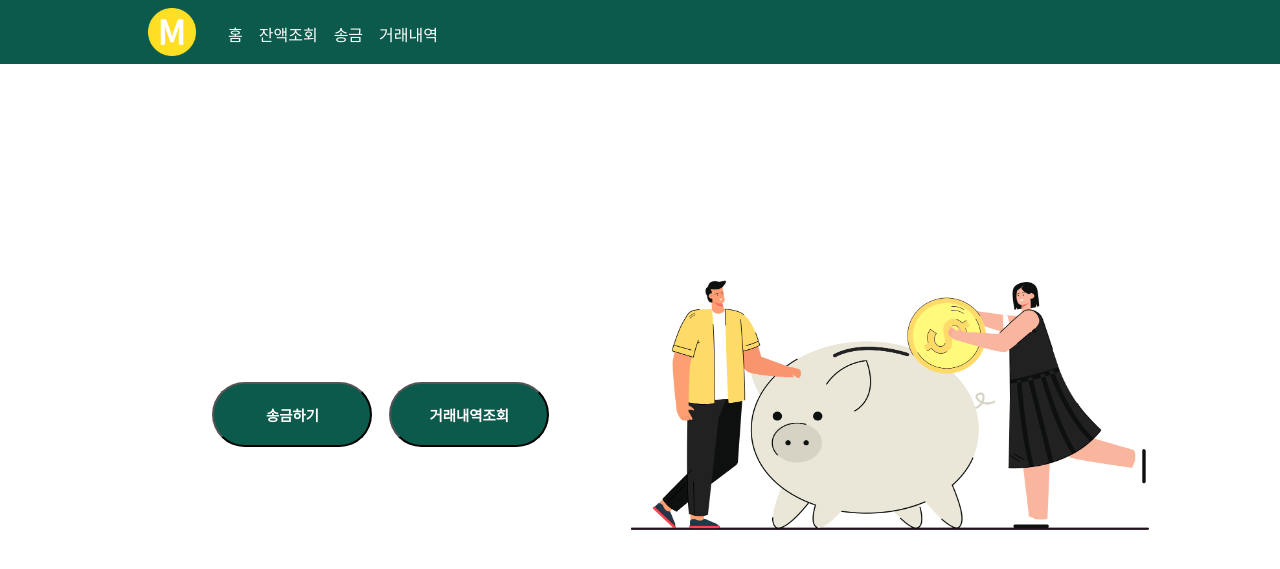
Repository: JiNookk/makaobank
Page: week06/makaoBank/index.html
These files come from the project's save history. The page is drawn as it stood at one moment and after the next save; the edit follows.
The browser window is 1280 px wide. The pictures show the whole page.

Above is the page before, as saved 2022-09-13 19:27:12.

### week06/makaoBank/index.html
<!DOCTYPE html>
<html lang="ko">
    <head>
        <meta charset="UTF-8">
        <title>마카오 뱅크</title>
        <!-- <link rel="favicon for makaoBank" href="./resources/logo.png"> favicon나중에 넣어보기-->
        <link rel="stylesheet" href="./css/reset.css">
        <link rel="stylesheet" href="./css/layout.css">
        <link rel="stylesheet" href="./css/elements.css">
    </head>
    <body id="home-contents-container">
        <header>
                <nav id="nav-item-container">
                    <a href="./index.html">
                        <img id="home-logo" alt="makaoBank home Button" src="./resources/logo.png">
                    </a>
                    <a href="./index.html">홈</a>
                    <a href="./amount.html">잔액조회</a>
                    <a href="./transfer.html">송금</a>
                    <a href="./transaction.html">거래내역</a>
                 </nav>
        </header>
        <main>
            <section id="home-items-container">
                <div id="home-description">
                    <h1>
                        마카오 뱅크에서 <br/>
                        똑똑한 금융습관을 들이세요
                    </h1>

                    <div>
                        <a href="./transfer.html">
                                <button>
                                <h2>
                                    송금하기
                                </h2>
                            </button>
                        </a>

                        <a href="./transaction.html">
                                <button>
                                <h2>
                                    거래내역조회
                                </h2>
                            </button>
                        </a>
                    </div>
                </div>

                <div>
                    <img id="saving-image"alt="" src="./resources/saving.png">
                </div>
            </section>
        </main>
    </body>
</html>

### week06/makaoBank/css/reset.css
* {
    box-sizing: border-box;
    margin: 0px;
    padding: 0px;
}

### week06/makaoBank/css/layout.css
html{
    width: 100%;
    height: 100%;
}

body{
    display: grid;
    grid: 4rem 1fr 18fr 1fr / 1fr 500px 500px 1fr;

    grid-template-areas:
    "header header header header"
    ". . . ."
    ". main main ."
    ". . . .";

    color: white;
    background: url("../resources/wave.svg") left top no-repeat;
    background-size: 100% 100%;
    width: 100%;
    height: 100%;
}

#home-contents-container{
    grid: 4rem 1fr 300px 1fr / 1fr 500px 500px 1fr;
    grid-template-areas:
    "header header header header"
    ". . . ."
    ". main main ."
    ". . . .";
}

header{
    grid-column-start: span 4;
    grid-area:header;

    display: grid;
    grid-template-columns: 1fr 500px 500px 1fr;

    height: 4rem;
    background-color: rgb(11,90,76);
}

nav{
    grid-column-start: 2;
    grid-row-start: 1;
}

nav *{
    margin-right: 1rem;
}

main{
    display: flex;
    justify-content: center;
    grid-area: main;
}

aside{
    grid-area: aside;
}

### week06/makaoBank/css/elements.css
h1{
    font-size: 2rem;
}

a{
    color: white;
    text-decoration: none;
}

p{
    font-size: 1.1rem;

    margin-bottom: .8rem;
}

#nav-item-container{
    display: flex;

    align-items: center;

    padding: .5rem;
}

#home-items-container{
    display: flex;
}

#home-logo{
    height: 3rem;
}

#home-description{
    font-size: 1.8rem;

    display: flex;
    flex-direction: column;
    align-items: center;

    width: 500px;
}

#home-description button{
    font-size: .6rem;

    justify-self: center;
    margin: .3rem;
    margin-top: 3rem;

    background-color: rgb(11,90,76);
    color: white;

    width: 160px;
    height: 65px;

    border-radius: 2.3rem;
}

#saving-image{
    width: 72vh;
    height: 40vh;
}

.content-container{
    padding: 4rem;

    width: 40%;
    height: 100%;

    border-radius: .5rem;

    background-color: white;
}

.content-container *{
    color: black;
}

.content-container h1{
    margin-bottom: 1.7rem;
}

form p{
    margin-bottom: 0;
}

input{
    margin-bottom: .8rem;

    width: 100%;
    height: 3rem;

    border:  2px solid rgb(238,238,238);
}
#submit-button{
    font-size: 1rem;

    margin-top: .8em;

    padding: 0.6em;

    border-radius: .3em;
    border-color: transparent;

    width: 100%;

    background-color: rgb(15,117,98);
    color: white;
}

After the next save:
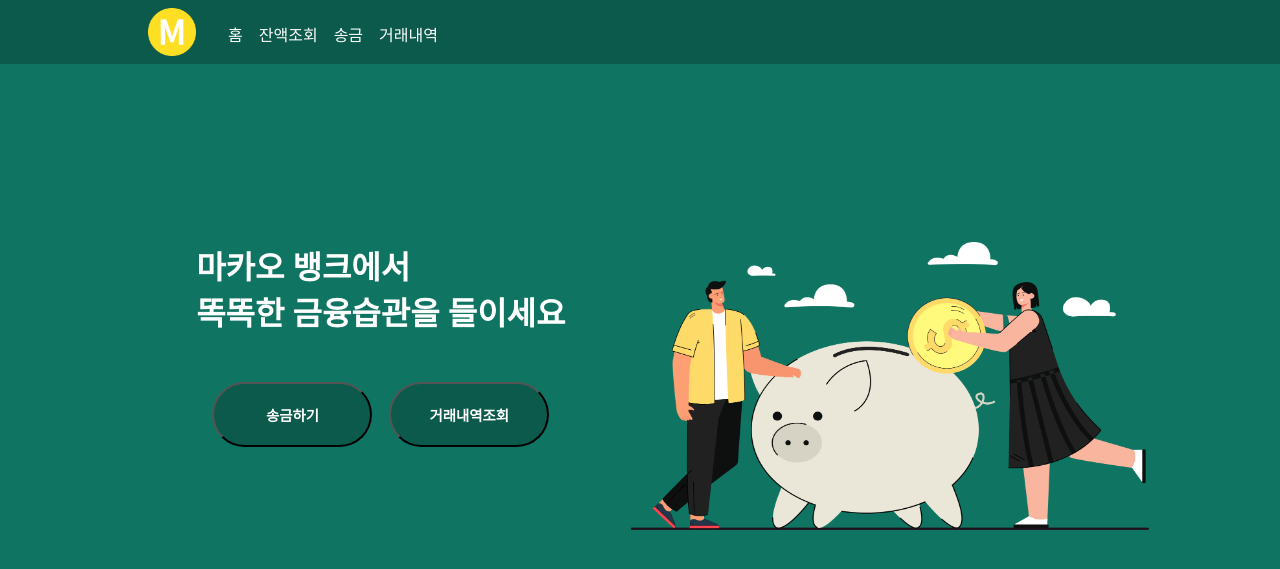
Saved 17 min 3 s later.
--- a/week06/makaoBank/css/layout.css
+++ b/week06/makaoBank/css/layout.css
@@ -14,8 +14,7 @@ body{
     ". . . .";
 
     color: white;
-    background: url("../resources/wave.svg") left top no-repeat;
-    background-size: 100% 100%;
+    background-color: rgb(15,117,98);
     width: 100%;
     height: 100%;
 }
